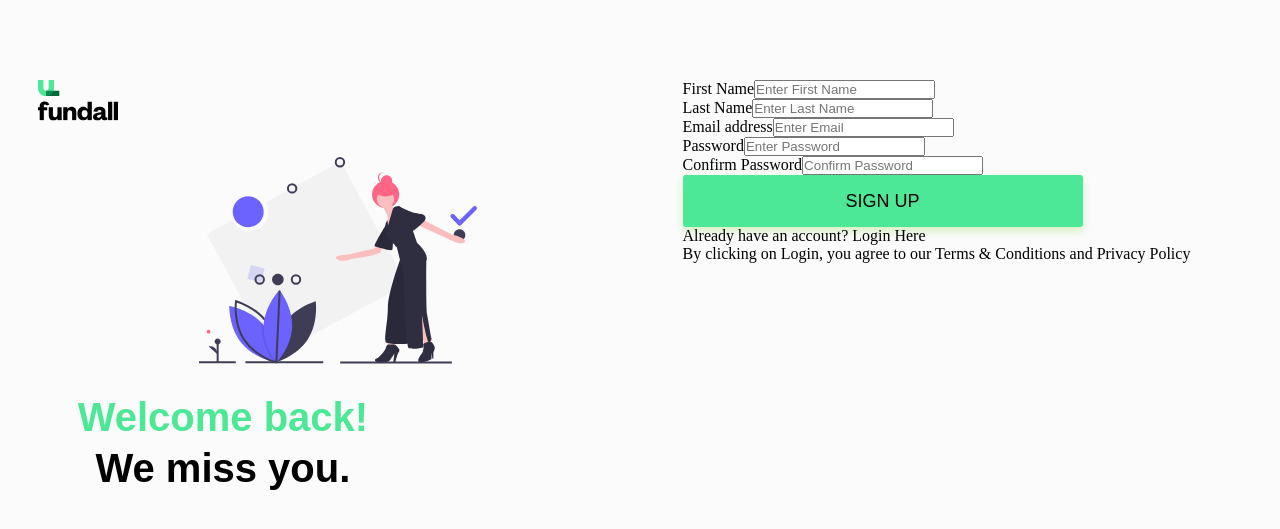
Repository: nilesjamex/niffty
Page: /login
An editor plug-in stored every save of this project. The page is shown before and after the next save, followed by the edit.
The browser window is 1280 px wide. The pictures show the whole page.
The project was rebuilt for these pictures with package versions that can differ from the ones it lists, and the page was loaded fresh each time. Also part of the build but not shown: src/components/Nav.vue, src/views/Home.vue, src/views/SignUp.vue.

Above is the page before, as saved 2022-04-16 20:50:21.

After the next save:
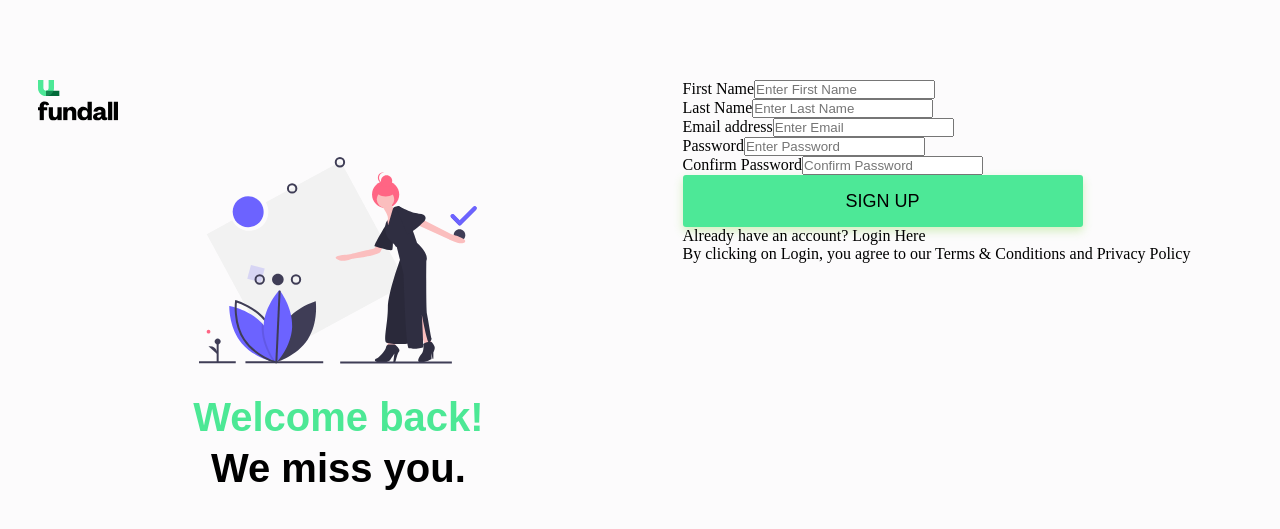
Saved 28 s later.
--- a/src/views/Login.vue
+++ b/src/views/Login.vue
@@ -90,7 +90,7 @@ export default {
     text-align: center;
     h2 {
         width: 369px;
-        margin-top: 1.5rem;
+        margin: 1.5rem auto 0 auto;
         @include heading1 {
         }
         span {
